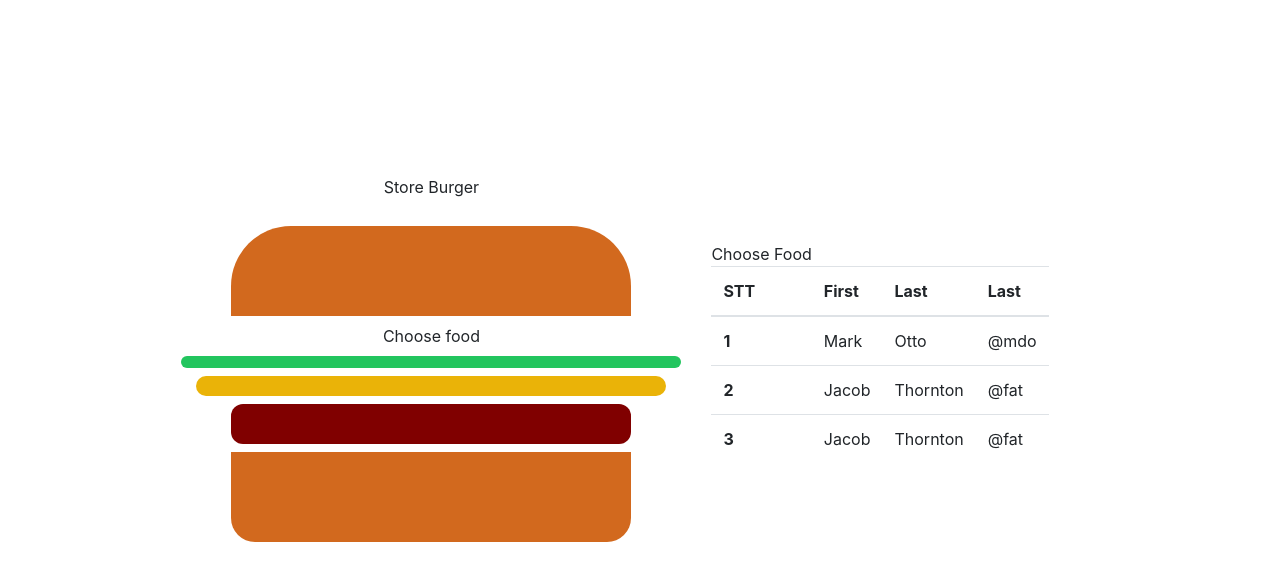
Repository: baobaodeveloper/bootcamp21_HuynhAnhBao_Burger
Page: /
An editor plug-in stored every save of this project. The page is shown before and after the next save, followed by the edit.
The browser window is 1280 px wide. The pictures show the whole page.
The project was rebuilt for these pictures with package versions that can differ from the ones it lists, and the page was loaded fresh each time. Also part of the build but not shown: vite.config.js.

Above is the page before, as saved 2022-05-15 17:11:36.

After the next save:
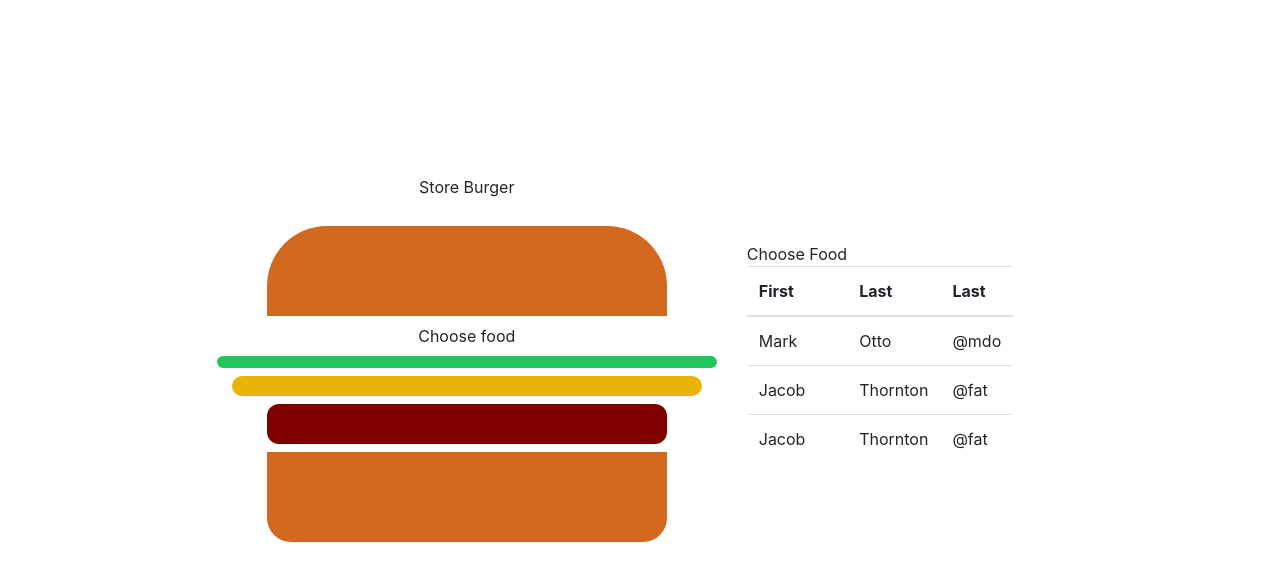
Saved 14 s later.
--- a/src/components/Burger.jsx
+++ b/src/components/Burger.jsx
@@ -23,7 +23,6 @@ export default function Burger() {
             <thead>
               <tr>Choose Food</tr>
               <tr>
-                <th scope="col">STT</th>
                 <th scope="col">First</th>
                 <th scope="col">Last</th>
                 <th scope="col">Last</th>
@@ -31,19 +30,16 @@ export default function Burger() {
             </thead>
             <tbody>
               <tr>
-                <th scope="row">1</th>
                 <td>Mark</td>
                 <td>Otto</td>
                 <td>@mdo</td>
               </tr>
               <tr>
-                <th scope="row">2</th>
                 <td>Jacob</td>
                 <td>Thornton</td>
                 <td>@fat</td>
               </tr>
               <tr>
-                <th scope="row">3</th>
                 <td>Jacob</td>
                 <td>Thornton</td>
                 <td>@fat</td>
